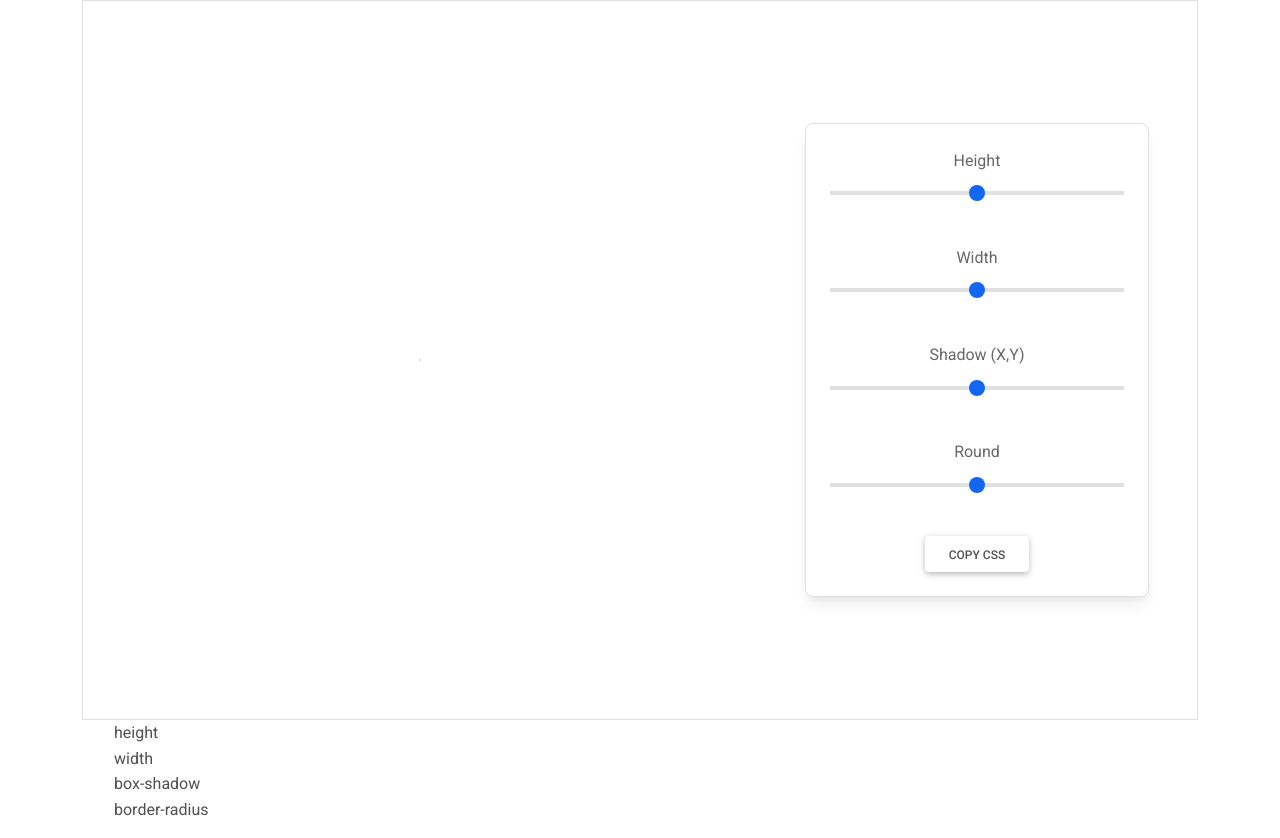
Repository: USaditya98/card-generator
Page: index.html
The author's editor kept a copy of each file at every save. The page is drawn from the files as they stood at one save, then again after a run of saves.
The browser window is 1280 px wide. The pictures show the whole page.
After loading, the first visible `#cssBtn` was clicked once.

Above is the page before, as saved 2021-10-20 13:06:13.

### index.html
<!DOCTYPE html>
<html lang="en">
  <head>
    <meta charset="UTF-8" />
    <meta name="viewport" content="width=device-width, initial-scale=1, shrink-to-fit=no" />
    <meta http-equiv="x-ua-compatible" content="ie=edge" />
    <title>Material Design for Bootstrap</title>
    <!-- MDB icon -->
    <link rel="icon" href="img/mdb-favicon.ico" type="image/x-icon" />
    <!-- Font Awesome -->
    <link rel="stylesheet" href="https://use.fontawesome.com/releases/v5.15.2/css/all.css" />
    <!-- Google Fonts Roboto -->
    <link
      rel="stylesheet"
      href="https://fonts.googleapis.com/css2?family=Roboto:wght@300;400;500;700;900&display=swap"
    />
    <!-- MDB -->
    <link rel="stylesheet" href="css/mdb.min.css" />
  </head>
  <body>
    <!-- Start your project here-->
    <div class="container">
      <div class="sm:flex-column d-flex justify-content-between align-items-center text-center border" style="height: 100vh;">
            <div class="d-flex justify-content-center align-items-center w-100 h-50" >
                <div class="text-center border " id="create">
                </div>
            </div>
            <div class="sm-w-100 border w-50 p-2 mx-5 card">
              <div class="m-3">
                  <label class="form-label" for="height">Height</label>
                  <div class="range">
                  <input type="range" class="form-range" id="height" min="0" max="500" step="10" onchange="changeHeight(this.value)"/>
                  </div>
              </div>
              <div class="m-3">
                  <label class="form-label" for="width">Width</label>
                  <div class="range">
                  <input type="range" class="form-range" id="width" min="0" max="500" step="10" onchange="changeWidth(this.value)" />
                  </div>
              </div>
              <div class="m-3">
                  <label class="form-label" for="shadow">Shadow (X,Y)</label>
                  <div class="range">
                  <input type="range" class="form-range" id="shadow" min="0" max="25" step="0.5" onchange="changeShadowXY(this.value)"/>
                  </div>
              </div>
              <div class="m-3">
                  <label class="form-label" for="radius">Round</label>
                  <div class="range">
                  <input type="range" class="form-range" id="radius" onchange="changeRadius(this.value)"/>
                  </div>
              </div>
              <div class="m-3">
                  <button class="btn" id="cssBtn">Copy CSS</button>
              </div>
            </div>
      </div>
      <div >
          <ul id="generatedCss">

          </ul>
      </div>
    </div>
    <!-- End your project here-->

    <!-- MDB -->
    <script type="text/javascript" src="js/mdb.min.js"></script>
    <!-- Custom scripts -->
    <script type="text/javascript">
        function changeHeight(val) {
            document.getElementById('create').style.height = val + 'px';
        }
        function changeWidth(val) {
            document.getElementById('create').style.width = val + 'px';
        }
        function changeShadowXY(val) {
         // const shadowXY = document.getElementById('shadowBlur').value;
          //localStorage.shadowxy = val;
         // localStorage.shadowblur = shadowXY;
          //localStorage.setItem('shadowxy', val);
         // localStorage.setItem('shadowblur', shadowXY);
          document.getElementById('create').style.boxShadow = val + 'px' + ' ' + val + 'px' + ' ' + '16px' + ' ' +'0px' + ' ' +'lightgray';
        }

        function changeRadius(val) {
            document.getElementById('create').style.borderRadius  = val + '%' ;
        }
        const cssBtn = document.getElementById('cssBtn');
        cssBtn.addEventListener('click',generateCss);
        function generateCss(){
         // var height = document.getElementById('height').value();
         // var li = document.createElement("li");
         // document.getElementById('generatedCss').appendChild(li);


          var arr = ['height', 'width', 'box-shadow', 'border-radius'];
          var arr = ['height', 'width', 'box-shadow', 'border-radius'];
          var cont = document.getElementById('generatedCss');

          // create ul element and set the attributes.
          var ul = document.createElement('ul');
          ul.setAttribute('style', 'padding: 0; margin: 0;');
          ul.setAttribute('id', 'theList');

          for (i = 0; i <= arr.length - 1; i++) {
              var li = document.createElement('li');     // create li element.
              li.innerHTML = arr[i];      // assigning text to li using array value.
              li.setAttribute('style', 'display: block;');    // remove the bullets.

              ul.appendChild(li);     // append li to ul.
          }

          cont.appendChild(ul);
        }
    </script>
  </body>
</html>

Loaded but not shown: css/mdb.min.css (library); js/mdb.min.js (library)

After the next 4 saves:
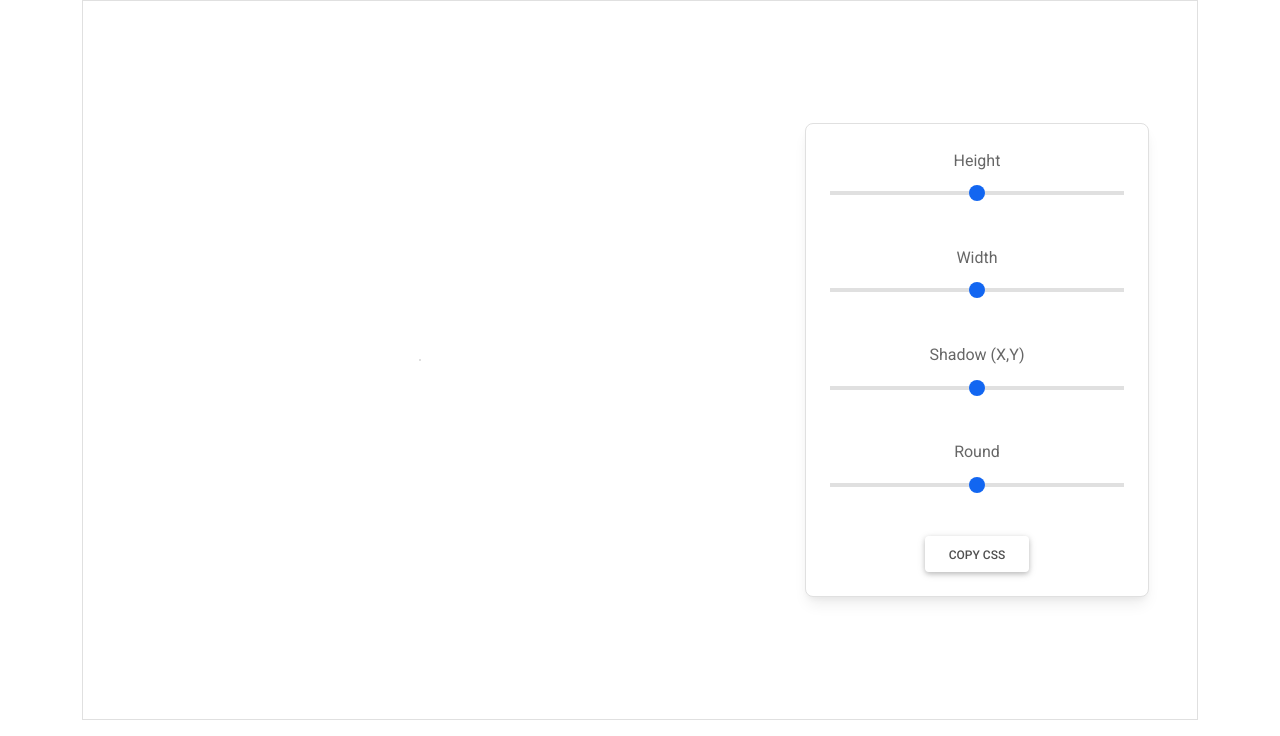
Console error: TypeError: document.getElementById(...).value is not a function
The 4 saves are shown as one change because they came seconds apart.
The last was saved 11 s later.
--- a/index.html
+++ b/index.html
@@ -88,13 +88,13 @@
         const cssBtn = document.getElementById('cssBtn');
         cssBtn.addEventListener('click',generateCss);
         function generateCss(){
-         // var height = document.getElementById('height').value();
+          var height = document.getElementById('height').value();
          // var li = document.createElement("li");
          // document.getElementById('generatedCss').appendChild(li);
 
 
           var arr = ['height', 'width', 'box-shadow', 'border-radius'];
-          var arr = ['height', 'width', 'box-shadow', 'border-radius'];
+          var arrValue = ['height', 'width', 'box-shadow', 'border-radius'];
           var cont = document.getElementById('generatedCss');
 
           // create ul element and set the attributes.

After the 3 saves that followed:
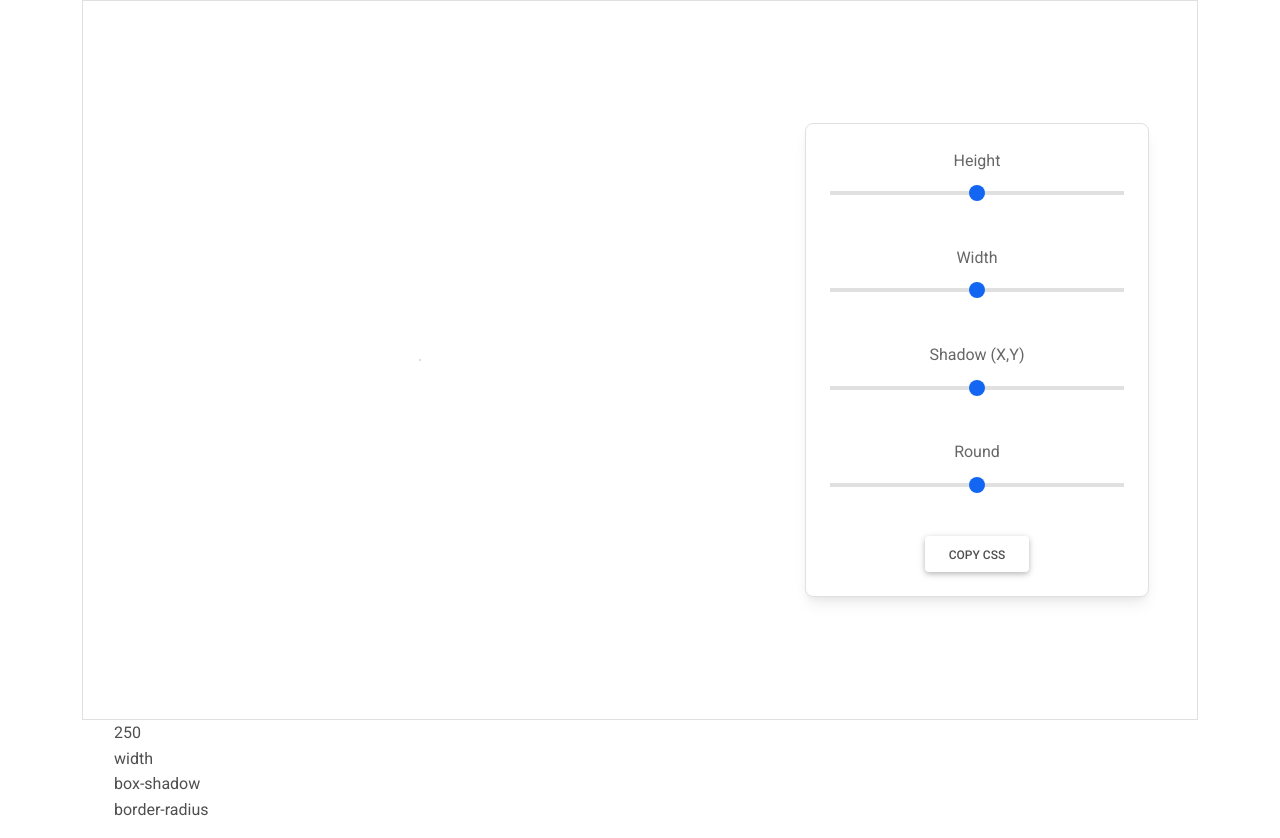
The error is gone.
The 3 saves are shown as one change because 2 left the picture as it was.
The last was saved 56 s later.
--- a/index.html
+++ b/index.html
@@ -88,13 +88,13 @@
         const cssBtn = document.getElementById('cssBtn');
         cssBtn.addEventListener('click',generateCss);
         function generateCss(){
-          var height = document.getElementById('height').value();
+          var height = document.getElementById('height').value;
          // var li = document.createElement("li");
          // document.getElementById('generatedCss').appendChild(li);
 
 
-          var arr = ['height', 'width', 'box-shadow', 'border-radius'];
-          var arrValue = ['height', 'width', 'box-shadow', 'border-radius'];
+          var arr = [height, 'width', 'box-shadow', 'border-radius'];
+          var arrValue = [height, 'width', 'box-shadow', 'border-radius'];
           var cont = document.getElementById('generatedCss');
 
           // create ul element and set the attributes.
